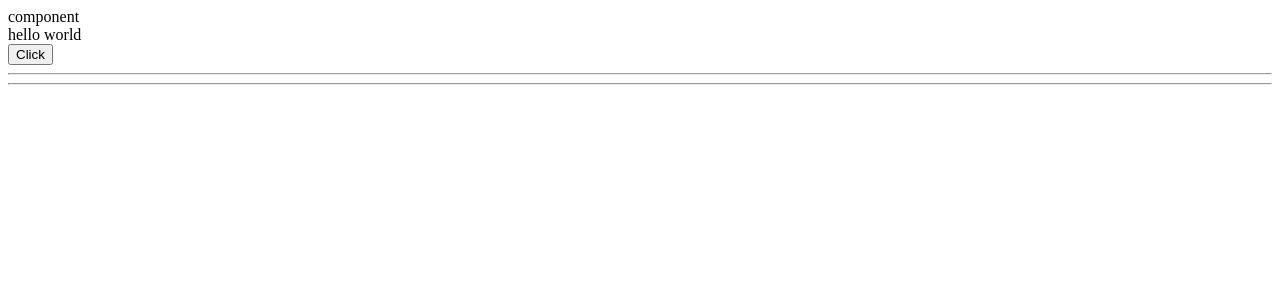
Repository: RyuGeunHwan/code_J
Page: Vuejs/22-08-10 vuejs Vue컴포넌트.html
These files come from the project's save history. The page is drawn as it stood at one moment and after the next save; the edit follows.
The browser window is 1280 px wide. The pictures show the whole page.

Above is the page before, as saved 2022-08-10 14:18:03.

### Vuejs/22-08-10 vuejs Vue컴포넌트.html
<!DOCTYPE html>
<html lang="en">
<head>
    <meta charset="UTF-8">
    <meta http-equiv="X-UA-Compatible" content="IE=edge">
    <meta name="viewport" content="width=device-width, initial-scale=1.0">
    <title>Vue 컴포넌트 전역등록 방법 및 사용</title>
    <script src="https://cdn.jsdelivr.net/npm/vue/dist/vue.js"></script>
</head>
<body>
    <div id="app">
        <!-- {{name}} <br>
         button을 누르게 되면 #app-1의 name인 app-1이 app updated로 바뀌게된다. Vue인스턴스를 변수에 넣어서 사용하였기 때문에.
        <button @click="changeText">Click</button> -->
        <!-- component의 사용은 설정해주었던 이름을 태그로 사용해주면 된다. -->
        <kossie-button></kossie-button>
    </div>
    <hr><hr>


    <div id="app-1">
       {{name}} <br>
        <!-- <button @click="changeText">Click</button>  -->
    </div>
    <kossie-button></kossie-button>
    </div>


    <script>
        //vue인스턴스가 생성되기전에 Vue.component생성
        Vue.component('hello-world',{
            template:`<div>hello world</div>`
        })


        // // 전역 컴포넌트 등록(어떤 vue인스턴스에서도 사용가능)
        // Vue.component('kossie-button',{
        //     //template안에는 html태그가 들어가게된다.
        //     template:
        //     //template는 하나의 태그안에 모든 콘텐츠들이 있어야한다는 vue의 규칙이 있다.
        //     `
        //     <div>
        //         {{name}} <br>
        //         <hello-world></hello-world>
        //         <button @click="changeText">Click</button>
        //     </div>
        //     `,

        //     //컴포넌트 만들때 함수를 만들어서 Object를 return 해주면 된다.
        //     data(){
        //         return{
        //             name: 'component'
        //         }
        //     },
        //     methods:{
        //         changeText(){
        //             this.name = 'app updated'
        //        }
        //     }
        // });


        //지역 컴포넌트 등록
        const KossieButton = {
            template:
            `
            <div>
                {{name}} <br>
                <hello-world></hello-world>
                <button @click="changeText">Click</button>
            </div>
            `,
            data(){
                return{
                    name: 'component'
                }
            },
            methods:{
                changeText(){
                    this.name = 'app updated'
               }
            }
        }

        const app = new Vue({
            el: '#app',
            components: {
                'kossie-button' : KossieButton
            }
            // data:{
            //   name: 'app'
            // },
            // methods:{
            //     changeText(){
            //         this.name = 'app updated'
            //    }
            // }
        })

       const app1 = new Vue({
            el: '#app-1',
            component: {
                'kossie-button' : KossieButton
            }
    //         // data:{
    //         //   name: 'app-1'
    //         // },
    //         // methods:{
    //         //    changeText(){
    //         //         this.name = 'app-1 updated'
    //         //    }
    //         // }
        })
    </script>
</body>
</html>

After the next save:
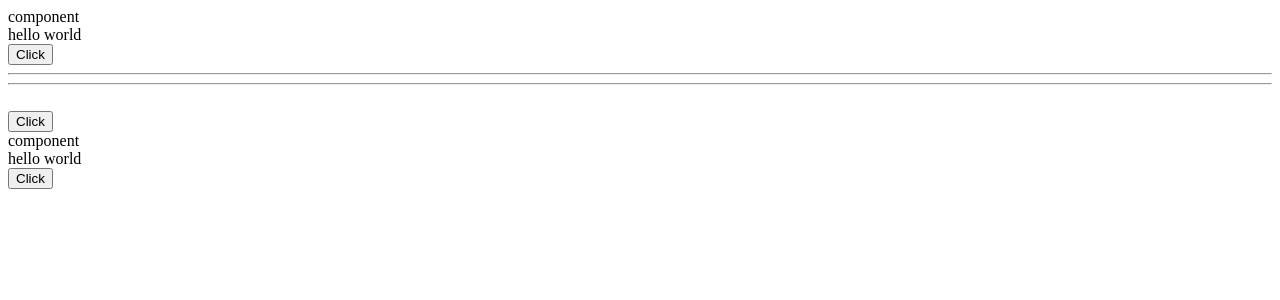
Saved 87 s later.
--- a/Vuejs/22-08-10 vuejs Vue컴포넌트.html
+++ b/Vuejs/22-08-10 vuejs Vue컴포넌트.html
@@ -20,9 +20,8 @@
 
     <div id="app-1">
        {{name}} <br>
-        <!-- <button @click="changeText">Click</button>  -->
-    </div>
-    <kossie-button></kossie-button>
+        <button @click="changeText">Click</button>
+        <kossie-button></kossie-button>
     </div>
 
 
@@ -99,7 +98,7 @@
 
        const app1 = new Vue({
             el: '#app-1',
-            component: {
+            components: {
                 'kossie-button' : KossieButton
             }
     //         // data:{
